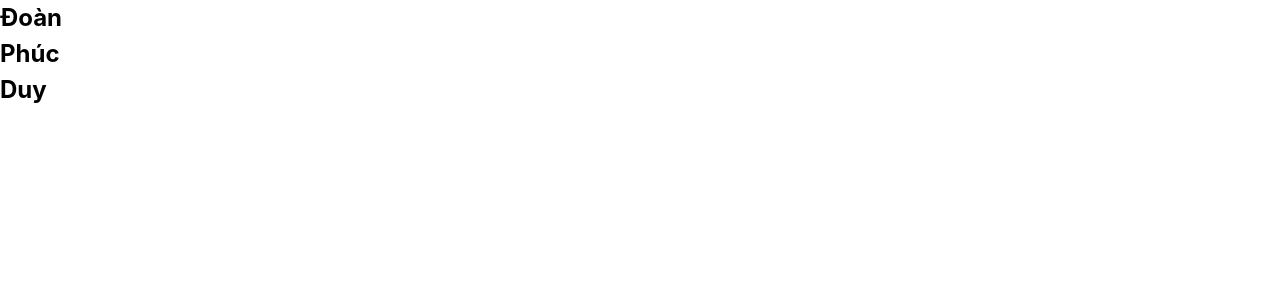
Repository: ledoanmk43/Demo_typescript
Page: /
The author's editor kept a copy of each file at every save. The page is drawn from the files as they stood at one save, then again after a run of saves.
The browser window is 1280 px wide. The pictures show the whole page.
The project was rebuilt for these pictures with package versions that can differ from the ones it lists, and the page was loaded fresh each time.

Above is the page before, as saved 2022-03-07 12:20:42.

### src/App.tsx
import React from "react";

import "./App.css";
import Greeting from "./components/Greeting";

function App() {
  // const Name = {
  //   firstName: "Đoàn",
  //   lastName: "Lê",
  // };

  const nameList = [
    {
      firstName: "Đoàn",
      lastName: "Lê",
    },
    {
      firstName: "Phúc",
      lastName: "Lê",
    },
    {
      firstName: "Duy",
      lastName: "Lê",
    },
  ];
  return (
    <div className="App">
      <Greeting nameProps={nameList} />
    </div>
  );
}

export default App;

### src/App.css
*,
*::before,
*::after {
  box-sizing: border-box;
}
* {
  margin: 0;
}

html,
body {
  height: 100%;
}
body {
  line-height: 1.5;
  -webkit-font-smoothing: antialiased;
  -webkit-tap-highlight-color: rgba(0, 0, 0, 0);
}

img,
picture,
video,
canvas,
svg {
  display: block;
  max-width: 100%;
}
input,
button,
textarea,
select {
  font: inherit;
  outline: none;
  border: none;
}
p,
h1,
h2,
h3,
h4,
h5,
h6 {
  overflow-wrap: break-word;
}

### src/components/Greeting.tsx
import React from "react";

// type GreetingProps = {
//   nameProps: string;
// };

type GreetingProps = {
  nameProps: {
    firstName: string;
    lastName: string;
  }[]; //adding [] at the end if prop is an array

  emptyProps: string;
};

const Greeting = (props: GreetingProps) => {
  const { emptyDefault = "not thing to show" } = props;
  return (
    <div>
      <h2>{props.emptyProps}</h2>
      {props.nameProps.map((prop) => (
        <h2>{prop.firstName}</h2>
      ))}
    </div>
  );
};

export default Greeting;

Loaded but not shown: public/index.html (common file); src/index.tsx (common file); src/index.css (common file); src/reportWebVitals.ts (common file)

After the next 2 saves:
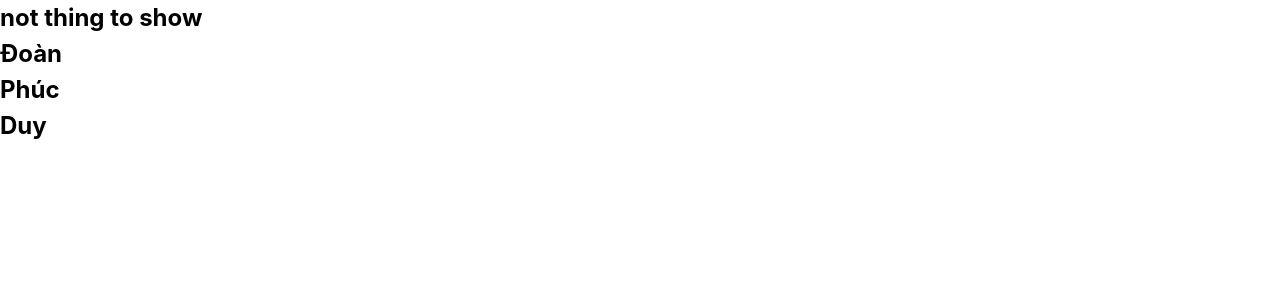
The 2 saves are shown as one change because they came seconds apart.
The last was saved 14 s later.
--- a/src/components/Greeting.tsx
+++ b/src/components/Greeting.tsx
@@ -17,7 +17,7 @@
   const { emptyDefault = "not thing to show" } = props;
   return (
     <div>
-      <h2>{props.emptyProps}</h2>
+      <h2>{emptyDefault}</h2>
       {props.nameProps.map((prop) => (
         <h2>{prop.firstName}</h2>
       ))}

After the save that followed:
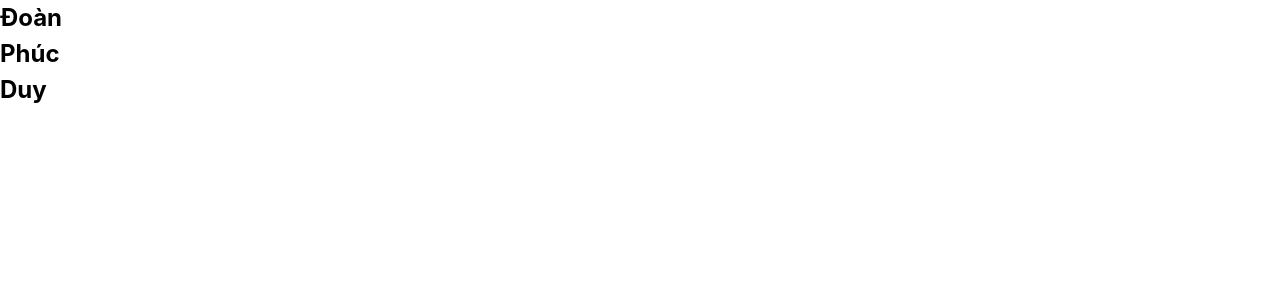
Saved 15 s later.
--- a/src/components/Greeting.tsx
+++ b/src/components/Greeting.tsx
@@ -14,10 +14,10 @@
 };
 
 const Greeting = (props: GreetingProps) => {
-  const { emptyDefault = "not thing to show" } = props;
+  const { emptyProps = "not thing to show" } = props;
   return (
     <div>
-      <h2>{emptyDefault}</h2>
+      <h2>{props.emptyProps}</h2>
       {props.nameProps.map((prop) => (
         <h2>{prop.firstName}</h2>
       ))}
